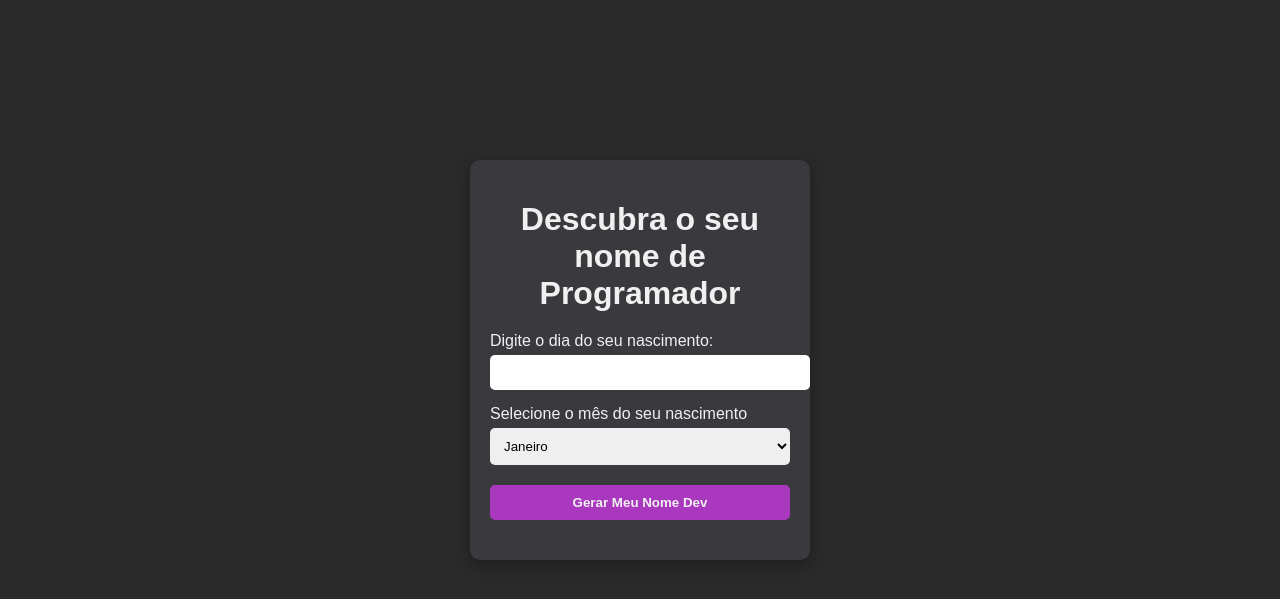
Repository: analessp/seu-nome-dev
Page: index.html
These files come from the project's save history. The page is drawn as it stood at one moment and after a run of saves; the edit follows.
The browser window is 1280 px wide. The pictures show the whole page.

Above is the page before, as saved 2025-05-13 11:28:36.

### index.html
<!DOCTYPE html>
<html lang="pt-BR">
<head>
    <meta charset="UTF-8">
    <meta name="viewport" content="width=device-width, initial-scale=1.0">
    <title>Seu Nome Dev</title>
    <link rel="stylesheet" href="styles.css">
</head>
<body>
    <div class="container">
        <h1>Descubra o seu nome de Programador</h1>
        <div class="form-group">
            <label for="dia">Digite o dia do seu nascimento:</label>
            <input type="number" id="dia" min="1" max="31">
        </div>
        <div class="form-group">
            <label for="mes">Selecione o mês do seu nascimento</label>
            <select id="mes">
                <option value="1">Janeiro</option>
                <option value="2">Fevereiro</option>
                <option value="3">Março</option>
                <option value="4">Abril</option>
                <option value="5">Maio</option>
                <option value="6">Junho</option>
                <option value="7">Julho</option>
                <option value="8">Agosto</option>
                <option value="9">Setembro</option>
                <option value="10">Outubro</option>
                <option value="11">Novembro</option>
                <option value="12">Dezembro</option>
            </select>
        </div>
        <button onclick="gerarNomeDev()">Gerar Meu Nome Dev</button>
        <div class="resultado" id="resultado"></div>
    </div>
    <script src="app.js"></script>
</body>
</html>

### styles.css
body {
    background-color: #2a2a2a;
    color: #f0f0f0;
    font-family: "Nunito", sans-serif;
    display: flex;
    justify-content: center;
    align-items: center;
    height: 100vh;
    margin: 0;
}

.container {
    background-color: #3a3a3e;
    padding: 20px;
    border-radius: 10px;
    box-shadow: 0px 5px 15px rgba(0, 0, 0, 0.3);
    width: 300px;
}

h1 {
    text-align: center;
    margin-bottom: 20px;
}

.form-group {
    margin-bottom: 15px;
}

input, select, button {
    cursor: pointer;
    padding: 10px;
    margin-top: 5px;
    width: 100%;
    border-radius: 5px;
    border: none;
    outline: none;
}

button {
    background-color: #aa38be;
    color: #f0f0f0;
    font-weight: bold;
    transition: background-color 0.3s;
}

button:hover {
    background-color: #e27cd3;
}

.resultado {
    margin-top: 20px;
    font-size: 1.2rem;
    font-weight: bold;
    color: #8b14c7;
}

### app.js
function gerarNomeDev() {
    const dia = parseInt(document.getElementById("dia").value);
    const mes = parseInt(document.getElementById("mes").value);
    const resultado = document.getElementById("resultado");

    if (isNaN(dia) || dia < 1 || dia > 31) {
        resultado.textContent = "Insira um dia válido.";
        return;
    }

    const títulos = {
    1: "Desenvolvedor(a)",
    2: "Desenvolvedor(a)",
    3: "Programador(a)",
    4: "Programador(a)",
    5: "Programador(a)",
    6: "Estagiário(a)",
    7: "Estagiário(a)",
    8: "EEstagiário(a)",
    9: "Sênior",
    0: "Sênior",
};

const meses = {
    1: "bugado(a)",
    2: "do CTRL C, CTRL V",
    3: "das gambiarras",
    4: "que culpa o cache",
    5: "que esquece o que faz",
    6: "do git vazio",
    7: "das try/ catch vazia",
    8: "famosinho do LinkedIn",
    9: "caçador de bugs",
    10: "do Windows Pirata",
    11: "do update sem where",
    12: "do commit bugado",
};

const ultimoDigito = dia % 10;
const titulo = títulos[ultimoDigito];
const mesTexto = meses[mes];

resultado.textContent = `${titulo} ${mesTexto}`;

}

After the next 2 saves:
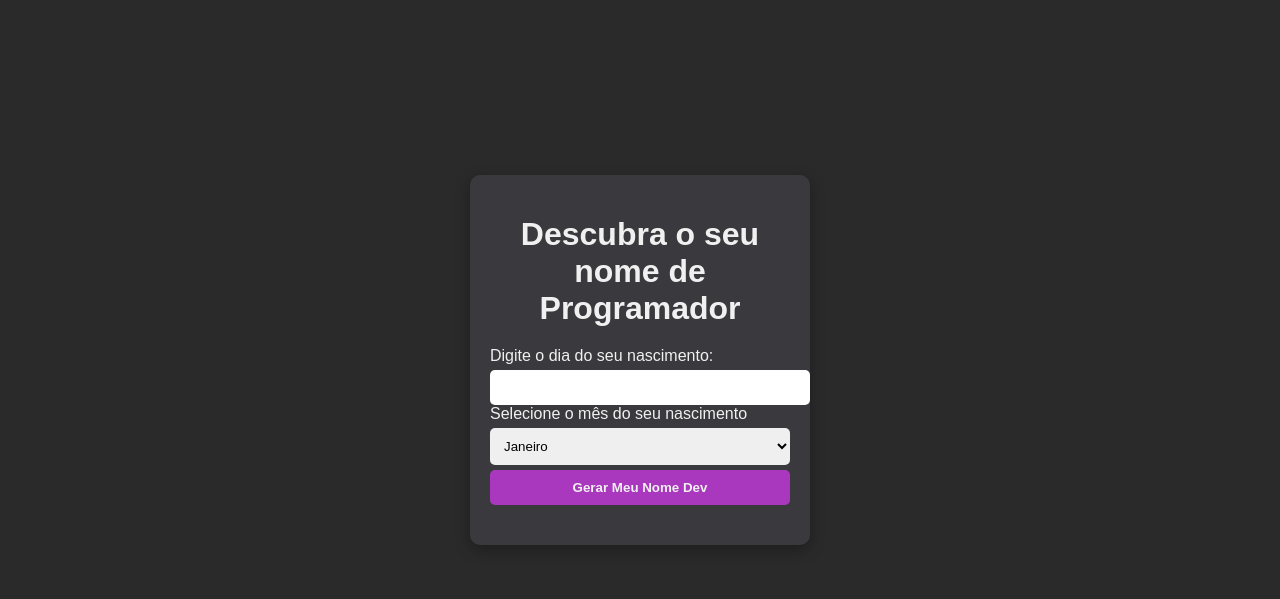
The 2 saves are shown as one change because they came seconds apart.
The last was saved 9 s later.
--- a/styles.css
+++ b/styles.css
@@ -22,7 +22,7 @@ h1 {
     margin-bottom: 20px;
 }
 
-.form-group {
+.form-group label {
     margin-bottom: 15px;
 }
 
